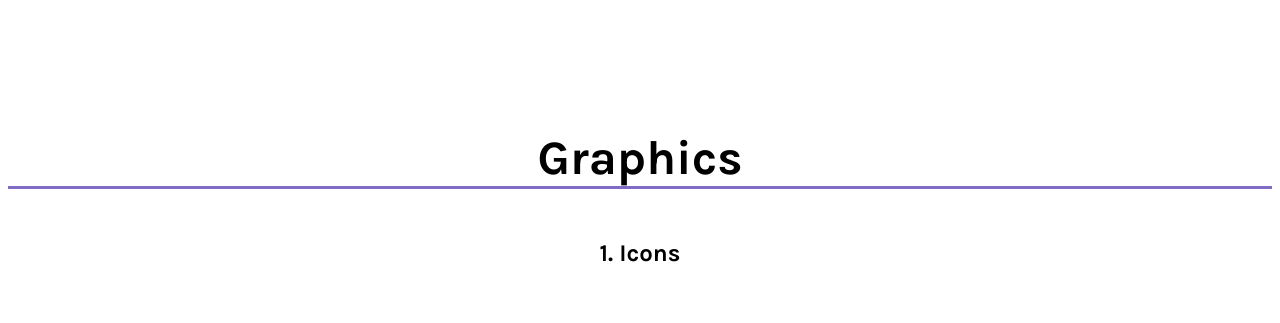
Repository: sarahjx/MDIA2106
Page: html/graphics.html
An editor plug-in stored every save of this project. The page is shown before and after the next save, followed by the edit.
The browser window is 1280 px wide. The pictures show the whole page.
Some web fonts or font styles are not loaded; a fallback is used.

Above is the page before, as saved 2025-04-04 15:43:03.

### html/graphics.html
<!DOCTYPE html>
<html lang="en">
<head>
    <meta charset="UTF-8">
    <meta name="viewport" content="width=device-width, initial-scale=1.0">
    <link href="https://fonts.googleapis.com/css2?family=Karla:ital,wght@0,200..800;1,200..800&family=Niconne&display=swap" rel="stylesheet">
    <link rel="stylesheet" href="../styles/styles.css">
    <title>Graphics</title>
</head>
<body>
    <h1 class="graphics-header">Graphics</h1>
    <h2 class="icon-subheader">1. Icons</h2>
    <p class="graphics-paragraph"></p>
</body>
</html>

### styles/styles.css
:root {
    --font-primary: 'Karla', sans-serif;

    --color-primary: #816CC5;
    --color-secondary: #CFADFF;
    --color-neutral: #C6C6C6;
    --color-light: #ffffff;

    --spacing-xs: 4px;
    --spacing-sm: 8px;
    --spacing-md: 16px;
    --spacing-lg: 32px;
    --spacing-xl: 64px;

    --font-size-xs: 0.75rem;   /* 12px */
    --font-size-sm: 0.875rem;  /* 14px */
    --font-size-base: 1rem;    /* 16px */
    --font-size-md: 1.125rem;  /* 18px */
    --font-size-lg: 1.5rem;    /* 24px */
    --font-size-xl: 2rem;      /* 32px */
    --font-size-xxl: 3rem;     /* 48px */
}



/* Header Styles */










/* Home Styles */









/* Logo Page Styles*/









/* Colour Page Styles */










/* Typography Page Styles */










/* Graphics Page Styles */
.graphics-header {
    margin-top: 130px;
    border-bottom: 3px solid rgb(129, 108, 197);
    font-size: var(--font-size-xxl, 3rem);
    font-family: karla;
    text-align: center;
}

.icon-subheader {
    text-align: center;
    margin-top: 50px;
    font-family: karla;
}







/* References Page Styles */
.references-header {
    margin-top: 130px;
    border-bottom: 3px solid rgb(129, 108, 197);
    font-size: var(--font-size-xxl, 3rem);
    font-family: karla;
    text-align: center;
}

.references-content {
    text-align: center;
}

.references-list {
    display: inline-block;
    font-family: karla;
    font-size: var(--font-size-lg, 1.5rem);
    text-align: left;
    margin-top: 60px;
}








/* Footer Styles */

After the next save:
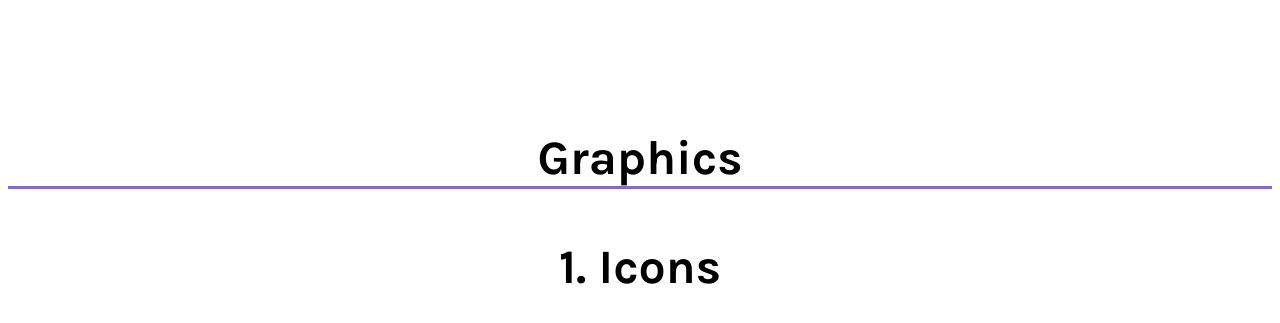
Saved 19 s later.
--- a/styles/styles.css
+++ b/styles/styles.css
@@ -89,6 +89,7 @@
     text-align: center;
     margin-top: 50px;
     font-family: karla;
+    font-size: var(--font-size-xxl, 2.5rem);
 }
 
 
